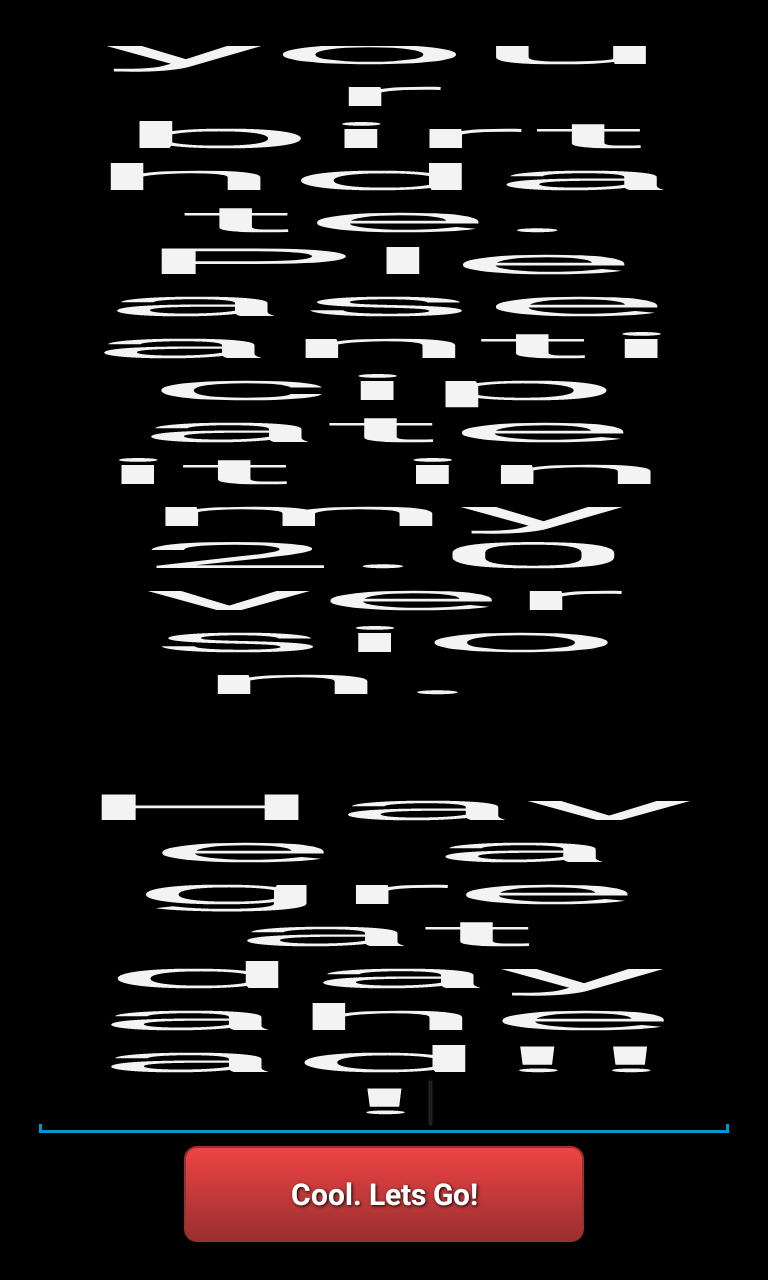
Repository: gitvas/FewMinutesEveryday
Layout: WorkspaceOne/FewMinutesEveryday/res/layout/activity_start.xml
An editor plug-in stored every save of this project. The layout is shown before and after the next save, followed by the edit.
It is drawn on a 768 x 1280 px phone screen (xhdpi) without system bars, with theme android:Theme.Holo; the app's code is not run.

Above is the layout before, as saved 2014-08-24 06:46:52.

After the next save:
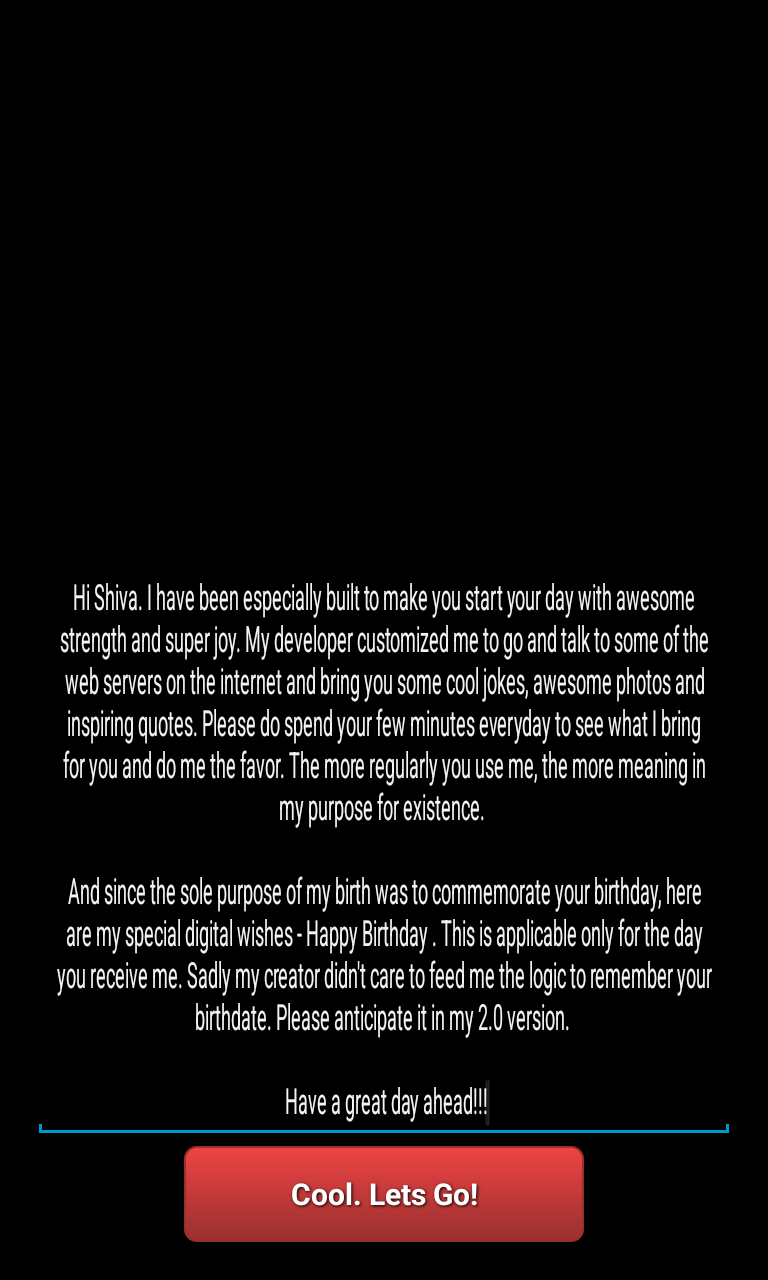
Saved 16 s later.
--- a/WorkspaceOne/FewMinutesEveryday/res/layout/activity_start.xml
+++ b/WorkspaceOne/FewMinutesEveryday/res/layout/activity_start.xml
@@ -19,7 +19,7 @@
         android:gravity="center"
         android:inputType="none"
         android:focusable="false"
-        android:textScaleX="10"
+        android:textScaleX="0.5"
         android:text="@string/intro_text">
         <requestFocus />
     </EditText>
